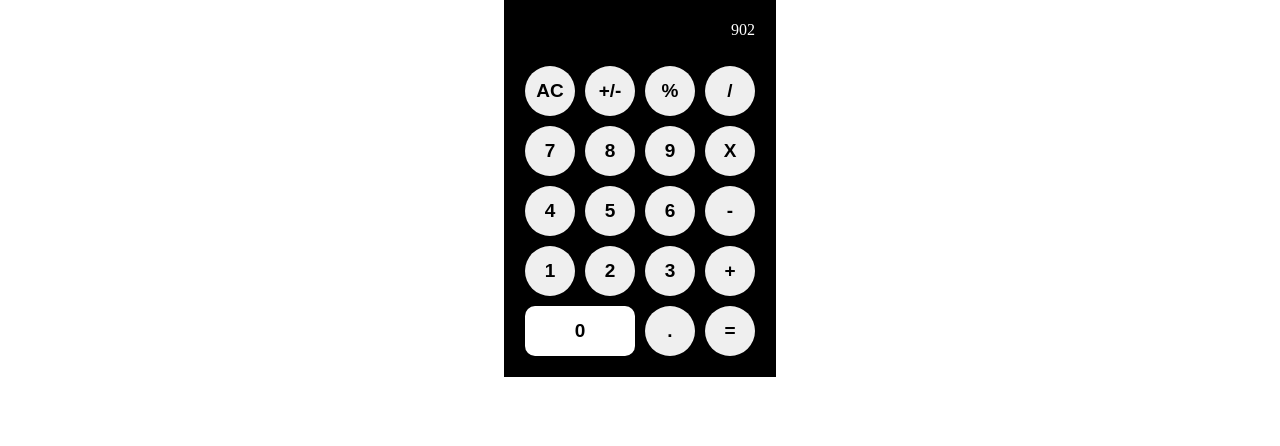
Repository: dmpelaez/calculator
Page: Calculator.html
The author's editor kept a copy of each file at every save. The page is drawn from the files as they stood at one save, then again after the next save.
The browser window is 1280 px wide. The pictures show the whole page.

Above is the page before, as saved 2025-12-15 20:09:40.

### Calculator.html
<!DOCTYPE html>

  <html>
    <head>

      <title>Calculator</title>

      <!--CSS-->
      <link rel="stylesheet" href="Calculator.css">

    </head>
    <body>
      <!--Container-->
      <main class="container">

        <!--Sections-->
        <section class="Section">

          <!--Input section-->
          <div class="inputSection">902</div>

          <!--Btns section-->
          <div class="btnSection">
            <button class="btn cancel">AC</button>
            <button class="btn signs">+/-</button>
            <button class="btn rmnder">%</button>
            <button class="btn divide">/</button>
            <button class="btn seven">7</button>
            <button class="btn eight">8</button>
            <button class="btn nine">9</button>
            <button class="btn times">X</button>
            <button class="btn four">4</button>
            <button class="btn five">5</button>
            <button class="btn six">6</button>
            <button class="btn minus">-</button>
            <button class="btn one">1</button>
            <button class="btn two">2</button>
            <button class="btn three">3</button>
            <button class="btn plus">+</button>
            <button class="btn zero">0</button>
            <button class="btn dot" >.</button>
            <button class="btn equal">=</button>
          </div>
        </section>


      </main>

      <script src="Calculator.js"></script>
    </body>

  </html>

### Calculator.css
body {
  margin: 0;
  padding: 0;
  box-sizing: border-box;
  display: flex;
  align-items: center;
  justify-content: center;

}

.Section {
display: flex;
flex-direction: column;
border: 1px solid black;

gap: 20px;
background: black;
}
.inputSection {
  color: white;
  padding: 20px;
  padding-bottom: 0px;
  display: flex;
  justify-content: end;
  height: 20px;
}
.btnSection {
  display: grid;
  grid-template-columns: 1fr 1fr 1fr 1fr;
  padding: 20px;
  gap: 10px;
  padding-top: 5px;
}
.btn {
  border: none;
  height: 50px;
  width: 50px;
  border-radius: 50%;
  font-weight: bold;
  Font-size: 19px;
  cursor: pointer;
}
.equal {
  grid-column: 4
}
.dot {
  grid-column: 3
}
.zero {
  grid-row: 5;
  grid-column: 1 / 2 span;
  background: white;
  width: auto;
  border-radius: 10px;
}

Loaded but not shown: Calculator.js (no stored copy; drawn as an empty file)

After the next save:
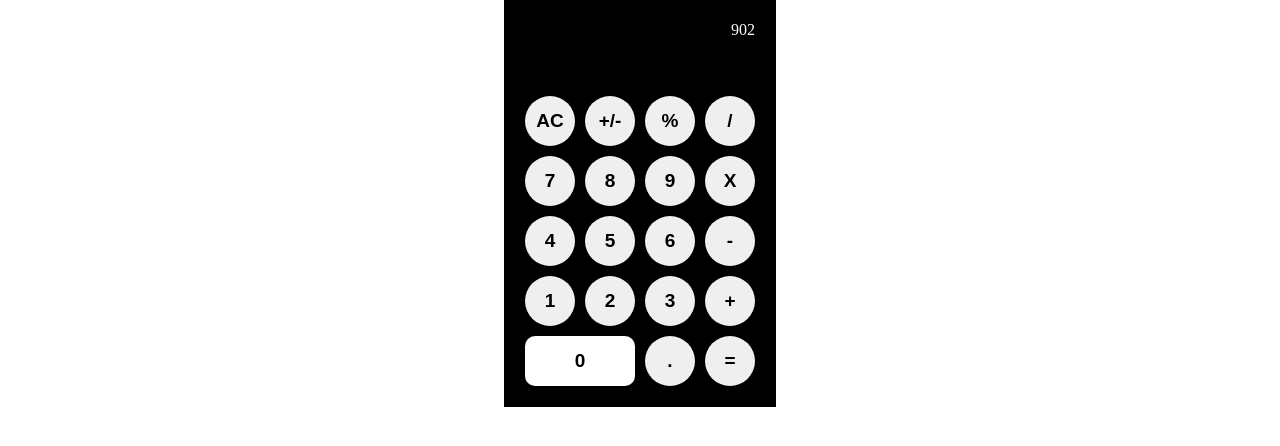
Saved 5 s later.
--- a/Calculator.css
+++ b/Calculator.css
@@ -22,7 +22,7 @@ background: black;
   padding-bottom: 0px;
   display: flex;
   justify-content: end;
-  height: 20px;
+  height: 50px;
 }
 .btnSection {
   display: grid;
